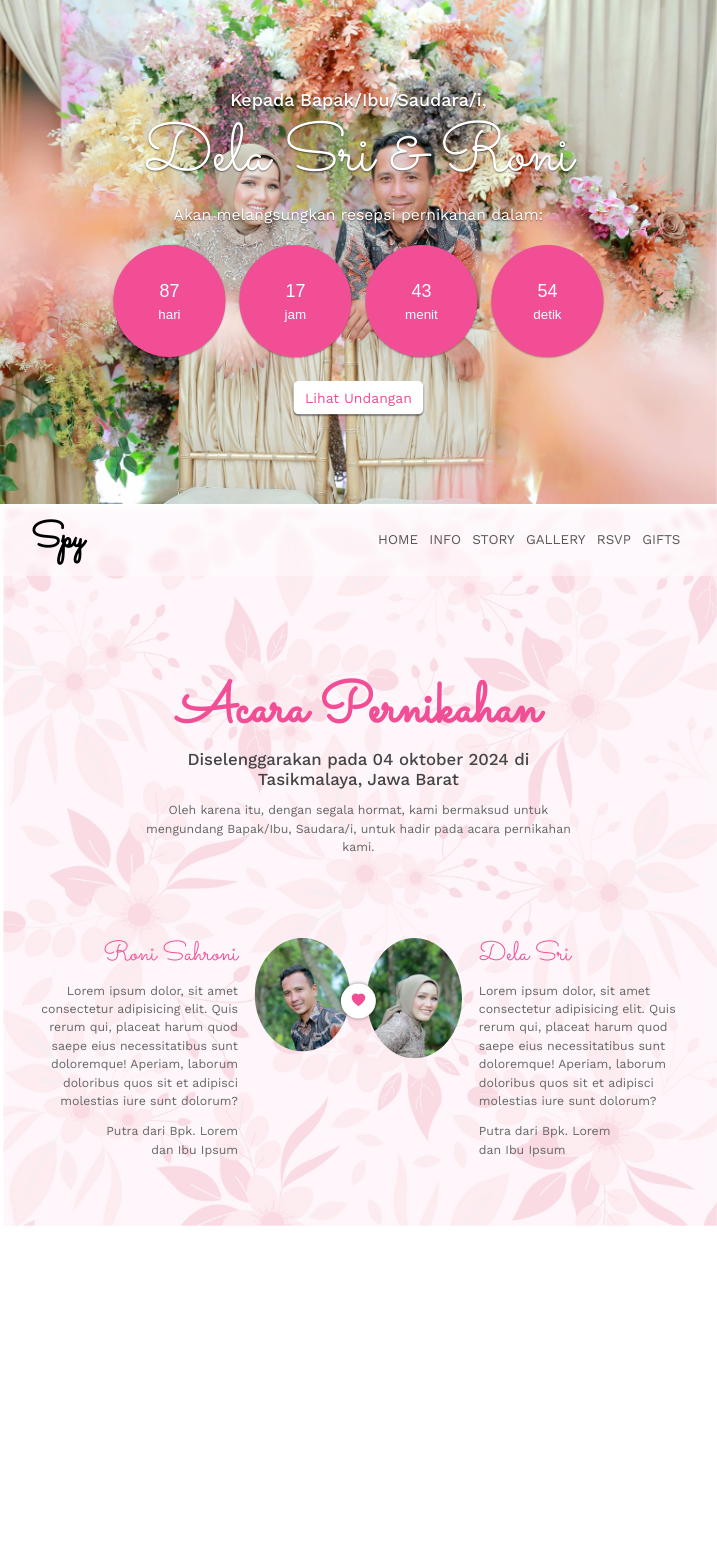
Repository: sellayspy/invitation
Page: index.html
An editor plug-in stored every save of this project. The page is shown before and after the next save, followed by the edit.
The browser window is 1024 px wide. The pictures show the part of the page from y = 0 to 2240 px (the page is 4000 px tall), at 70% of full size.

Above is the page before, as saved 2024-07-08 16:27:01.

### index.html
<!DOCTYPE html>
<html lang="en">
  <head>
    <meta charset="utf-8" />
    <meta name="viewport" content="width=device-width, initial-scale=1" />
    <title>Dela & Roni</title>
    <link
      href="https://cdn.jsdelivr.net/npm/bootstrap@5.3.3/dist/css/bootstrap.min.css"
      rel="stylesheet"
      integrity="sha384-QWTKZyjpPEjISv5WaRU9OFeRpok6YctnYmDr5pNlyT2bRjXh0JMhjY6hW+ALEwIH"
      crossorigin="anonymous"
    />
    <link rel="preconnect" href="https://fonts.googleapis.com" />
    <link rel="preconnect" href="https://fonts.gstatic.com" crossorigin />
    <link
      href="https://fonts.googleapis.com/css2?family=Sacramento&family=Work+Sans:ital,wght@0,100..900;1,100..900&display=swap"
      rel="stylesheet"
    />

    <!--Simple Coutdown-->
    <link rel="stylesheet" href="coutdown/simplyCountdown.theme.default.css" />
    <script src="coutdown/simplyCountdown.min.js"></script>

    <!--Custom CSS Icon-->
    <link rel="stylesheet" href="https://cdn.jsdelivr.net/npm/bootstrap-icons@1.11.3/font/bootstrap-icons.min.css">

    <link rel="stylesheet" href="style.css" />
  </head>
  <body>
    <section
      id="hero"
      class="hero w-100 h-100 p-3 mx-auto text-center d-flex justify-content-center align-items-center text-white"
    >
      <main>
        <h4>Kepada Bapak/Ibu/Saudara/i,</h4>
        <h1>Dela Sri & Roni</h1>
        <p>Akan melangsungkan resepsi pernikahan dalam:</p>
        <div class="simply-countdown"></div>
        <a href="#undangan" class="btn btn-lg mt-4">Lihat Undangan</a>
      </main>
    </section>

    <nav class="navbar navbar-expand-md bg-transparent sticky-top mynavbar">
      <div class="container">
        <a class="navbar-brand" href="#">Spy</a>
        <button
          class="navbar-toggler border-0"
          type="button"
          data-bs-toggle="offcanvas"
          data-bs-target="#offcanvasNavbar"
          aria-controls="offcanvasNavbar"
          aria-label="Toggle navigation"
        >
          <span class="navbar-toggler-icon"></span>
        </button>
        <div
          class="offcanvas offcanvas-end"
          tabindex="-1"
          id="offcanvasNavbar"
          aria-labelledby="offcanvasNavbarLabel"
        >
          <div class="offcanvas-header">
            <h5 class="offcanvas-title" id="offcanvasNavbarLabel">Spy</h5>
            <button
              type="button"
              class="btn-close"
              data-bs-dismiss="offcanvas"
              aria-label="Close"
            ></button>
          </div>
          <div class="offcanvas-body">
            <div class="navbar-nav ms-auto">
              <a class="nav-link" href="#home">Home</a>
              <a class="nav-link" href="#info">Info</a>
              <a class="nav-link" href="#story">Story</a>
              <a class="nav-link" href="#gallery">Gallery</a>
              <a class="nav-link" href="#rsvp">RSVP</a>
              <a class="nav-link" href="#gift">Gifts</a>
            </div>
          </div>
        </div>
      </div>
    </nav>

    <section id="home" class="home">
      <div class="container">
        <div class="row justify-content-center">
          <div class="col-md-8 text-center">
            <h2>Acara Pernikahan</h2>
            <h3>
              Diselenggarakan pada 04 oktober 2024 di Tasikmalaya, Jawa Barat
            </h3>
            <p>
              Oleh karena itu, dengan segala hormat, kami bermaksud untuk
              mengundang Bapak/Ibu, Saudara/i, untuk hadir pada acara pernikahan
              kami.
            </p>
          </div>
        </div>

        <div class="row couple">
          <div class="col-lg-6">
            <div class="row">
              <div class="col-8 text-end">
                <h3>Roni Sahroni</h3>
                <p>
                  Lorem ipsum dolor, sit amet consectetur adipisicing elit. Quis
                  rerum qui, placeat harum quod saepe eius necessitatibus sunt
                  doloremque! Aperiam, laborum doloribus quos sit et adipisci
                  molestias iure sunt dolorum?
                </p>
                <p>
                  Putra dari Bpk. Lorem <br />
                  dan Ibu Ipsum
                </p>
              </div>
              <div class="col-4">
                <img
                  src="img/Desain tanpa judul (1).jpg"
                  alt="Roni Sahroni"
                  class="img-responsive rounded-circle"
                />
              </div>
            </div>
          </div>

          <span class="heart"><i class="bi bi-heart-fill"></i></span>

          <div class="col-lg-6">
            <div class="row">
              <div class="col-4">
                <img
                  src="img/Desain tanpa judul (2).jpg"
                  alt="Dela Sri"
                  class="img-responsive rounded-circle"
                />
              </div>
              <div class="col-8">
                <h3>Dela Sri</h3>
                </h3>
                <p>
                  Lorem ipsum dolor, sit amet consectetur adipisicing elit. Quis
                  rerum qui, placeat harum quod saepe eius necessitatibus sunt
                  doloremque! Aperiam, laborum doloribus quos sit et adipisci
                  molestias iure sunt dolorum?
                </p>
                <p>
                  Putra dari Bpk. Lorem <br />
                  dan Ibu Ipsum
                </p>
              </div>
            </div>
          </div>
        </div>
      </div>
    </section>

    <script
      src="https://cdn.jsdelivr.net/npm/bootstrap@5.3.3/dist/js/bootstrap.bundle.min.js"
      integrity="sha384-YvpcrYf0tY3lHB60NNkmXc5s9fDVZLESaAA55NDzOxhy9GkcIdslK1eN7N6jIeHz"
      crossorigin="anonymous"
    ></script>

    <script>
      simplyCountdown(".simply-countdown", {
        year: 2024, // required
        month: 10, // required
        day: 4, // required
        hours: 8, // Default is 0 [0-23] integer
        words: {
          //words displayed into the countdown
          days: { singular: "hari", plural: "hari" },
          hours: { singular: "jam", plural: "jam" },
          minutes: { singular: "menit", plural: "menit" },
          seconds: { singular: "detik", plural: "detik" },
        },
      });
    </script>
  </body>
</html>

### coutdown/simplyCountdown.theme.default.css
.simply-countdown {
  overflow: hidden;
  display: table;
  font-family: "Arial", sans-serif;
  margin: auto;
}
.simply-countdown > .simply-section {
  width: 50px;
  height: 50px;
  padding: 80px;
  display: flex;
  align-items: center;
  justify-content: center;
  float: left;
  margin: 10px;
  background: var(--pink);
  box-shadow: 0 1px 3px rgba(0, 0, 0, 0.12), 0 1px 2px rgba(0, 0, 0, 0.24);
  border-radius: 50%;
}
.simply-countdown > .simply-section .simply-amount,
.simply-countdown > .simply-section .simply-word {
  display: block;
  text-align: center;
}
.simply-countdown > .simply-section .simply-amount {
  font-size: 1.6rem;
}

### style.css
:root {
  --pink: #f14e95;

  --bg: #0a0a0a;

  --shadow: 0 2px 2px rgb(0 0 0/ 0.5);
}

body {
  font-size: 1.2rem;
  font-family: "Work Sans", sans-serif;
  min-height: 4000px;
}

.hero::before {
  content: "";
  position: absolute;
  top: 0;
  left: 0;
  height: 100%;
  width: 100%;
  background-image: url(img/gambar-1.jpg);
  background-size: cover;
  background-position: center;
  z-index: -1;
  filter: blur(1px);
}

.hero {
  position: relative;
  min-height: 100vh;
}

.hero h1,
.hero h4,
.hero p {
  text-shadow: var(--shadow);
}

.hero h1 {
  font-family: "Sacramento", cursive;
  font-size: 6rem;
}

.hero h4 {
  font-size: 1.6rem;
}

.hero p {
  font-size: 1.4rem;
}

.hero a {
  color: var(--pink);

  background-color: white;

  box-shadow: var(--shadow);
}

.hero a:hover {
  background-color: var(--pink);
  color: white;
}

.mynavbar {
  background-color: rgba(255, 255, 255, 0.4) !important;
  backdrop-filter: blur(4px);
}

.mynavbar .offcanvas {
  height: 100vh;
}

.mynavbar .navbar-brand,
.mynavbar .offcanvas-title {
  font-family: "Sacramento", cursive;
  font-size: 3.2rem;
  font-weight: bold;
}

.mynavbar .nav-link {
  text-transform: uppercase;
}

.home {
  background-image: url(img/Desain\ tanpa\ judul.png);
  background-size: cover;
  min-height: 100vh;
  margin-top: -6rem;
  padding-top: 15rem;
  padding-bottom: 5rem;
}

.home h2 {
  color: var(--pink);
  font-family: "Sacramento", cursive;
  font-size: 5rem;
  font-weight: bold;
}

.home h3 {
  color: #444;
  font-size: 1.5rem;
  margin-bottom: 1rem;
}

.home p {
  font-size: 1.1rem;
  color: #666;
}

.home .couple {
  margin-top: 100px;
}

.home .couple h3 {
  font-family: "Sacramento";
  font-size: 2.4rem;
  color: var(--pink);
}

.home .couple img {
  width: 100%;
}

.home .heart {
  width: 50px;
  height: 50px;
  background-color: white;
  display: flex;
  border-radius: 50%;
  box-shadow: 0 0 5px rgba(0, 0, 0, 0.5);
  position: absolute;
  left: 50%;
  transform: translateX(-50%) translateY(65px);
}

.home .heart i {
  margin: auto;
  color: var(--pink);
}

/* Media Query */

/* Extra large devices (large laptops and desktops, 1200px and up) */

@media (max-width: 1200px) {
  .home .heart {
  }
}

/* Laptop */
@media (max-width: 992px) {
  html {
    font-size: 75%;
  }
  .simply-countdown > .simply-section {
    padding: 70px;
  }
}

/* Tablet */
@media (max-width: 768px) {
  html {
    font-size: 65%;
  }
  .simply-countdown > .simply-section {
    padding: 60px;
    margin: 5px;
  }

  .mynavbar .nav-link {
    font-size: 2rem;
    text-align: center;
  }
}

/* mobile phone */
@media (max-width: 576px) {
  html {
    font-size: 55%;
  }
  .simply-countdown > .simply-section {
    padding: 45px;
    margin: 3px;
  }
}

Loaded but not shown: coutdown/simplyCountdown.min.js (library)

After the next save:
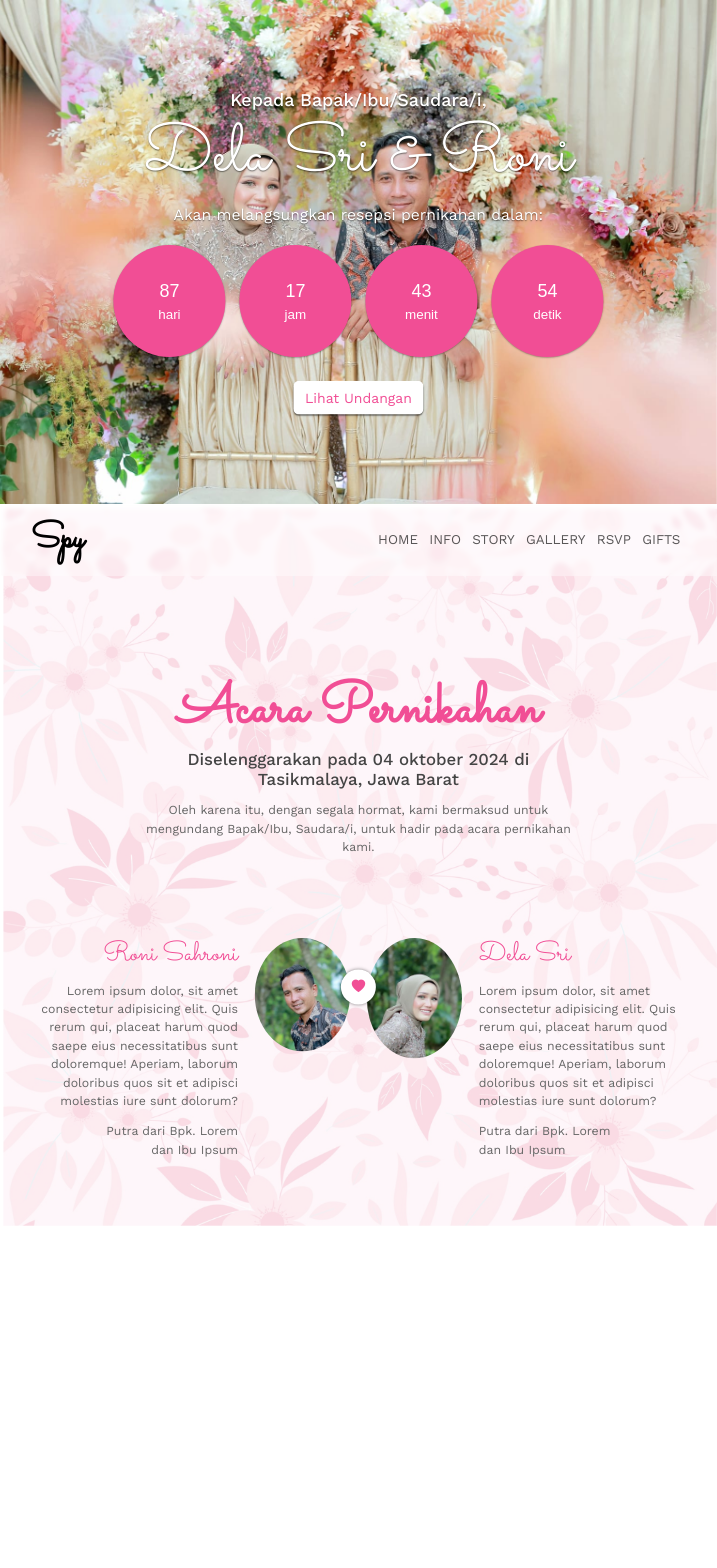
Saved 13 s later.
--- a/style.css
+++ b/style.css
@@ -147,6 +147,7 @@ body {
 
 @media (max-width: 1200px) {
   .home .heart {
+    transform: translateX(-50%) translateY(45px);
   }
 }
 
